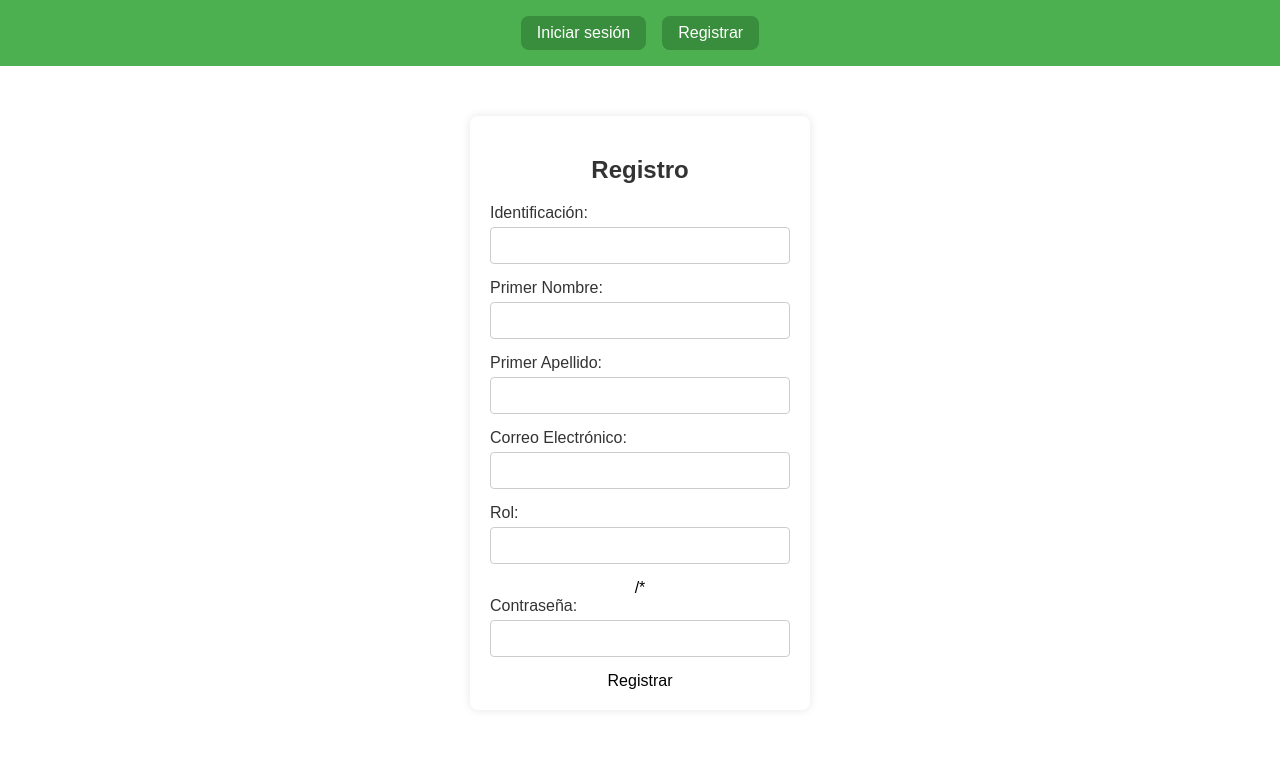
Repository: EzioPuma/guardianesdelecosistema
Page: http://localhost/register
The author's editor kept a record of every edit. The page is drawn from the files as they stood at one moment, then again after the next edit.
The browser window is 1280 px wide. The pictures show the whole page.
The page is served by the project's application, run on Flask 3 (app.py).

Above is the page before.

After the next edit:
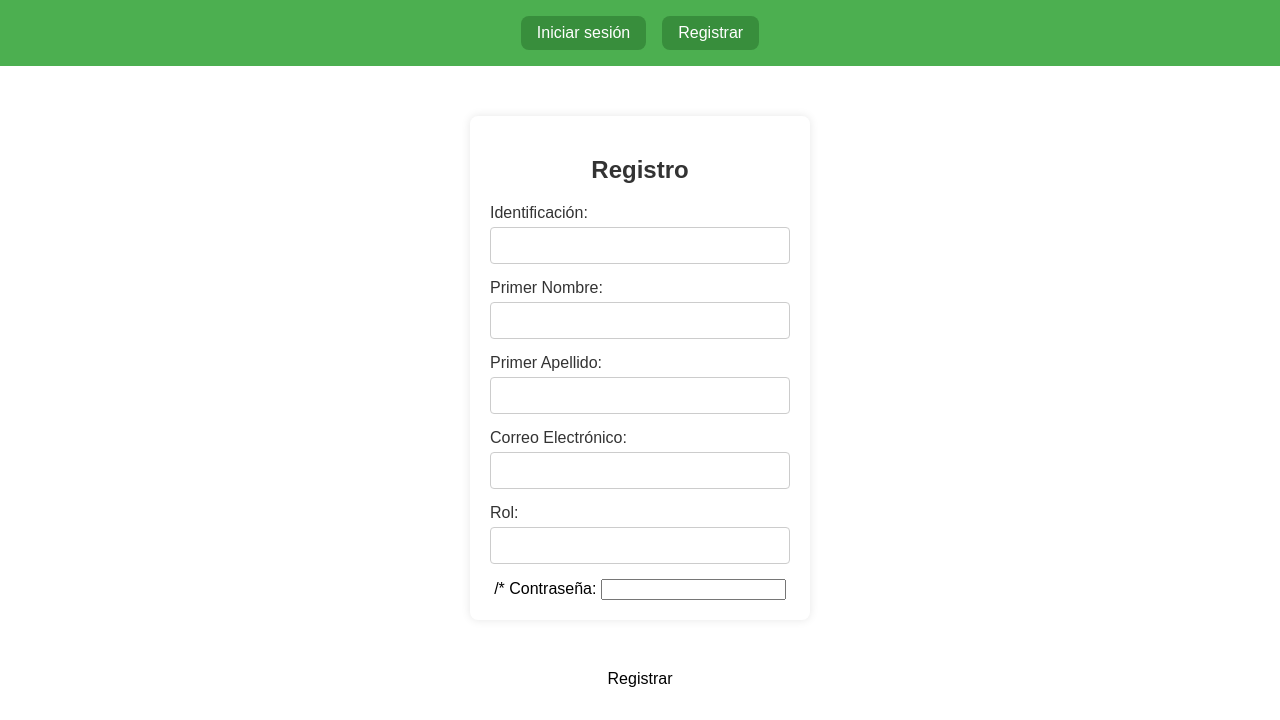
The edit:
--- a/templates/register.html
+++ b/templates/register.html
@@ -49,7 +49,7 @@
                 <input type="text" id="rol" name="rol" required>
             </div>
             /*
-            <div class="input-group">
+           <! -- <div class="input-group">
                 <label for="password">Contraseña:</label>
                 <input type="password" id="password" name="password" required>
             </div><! --
